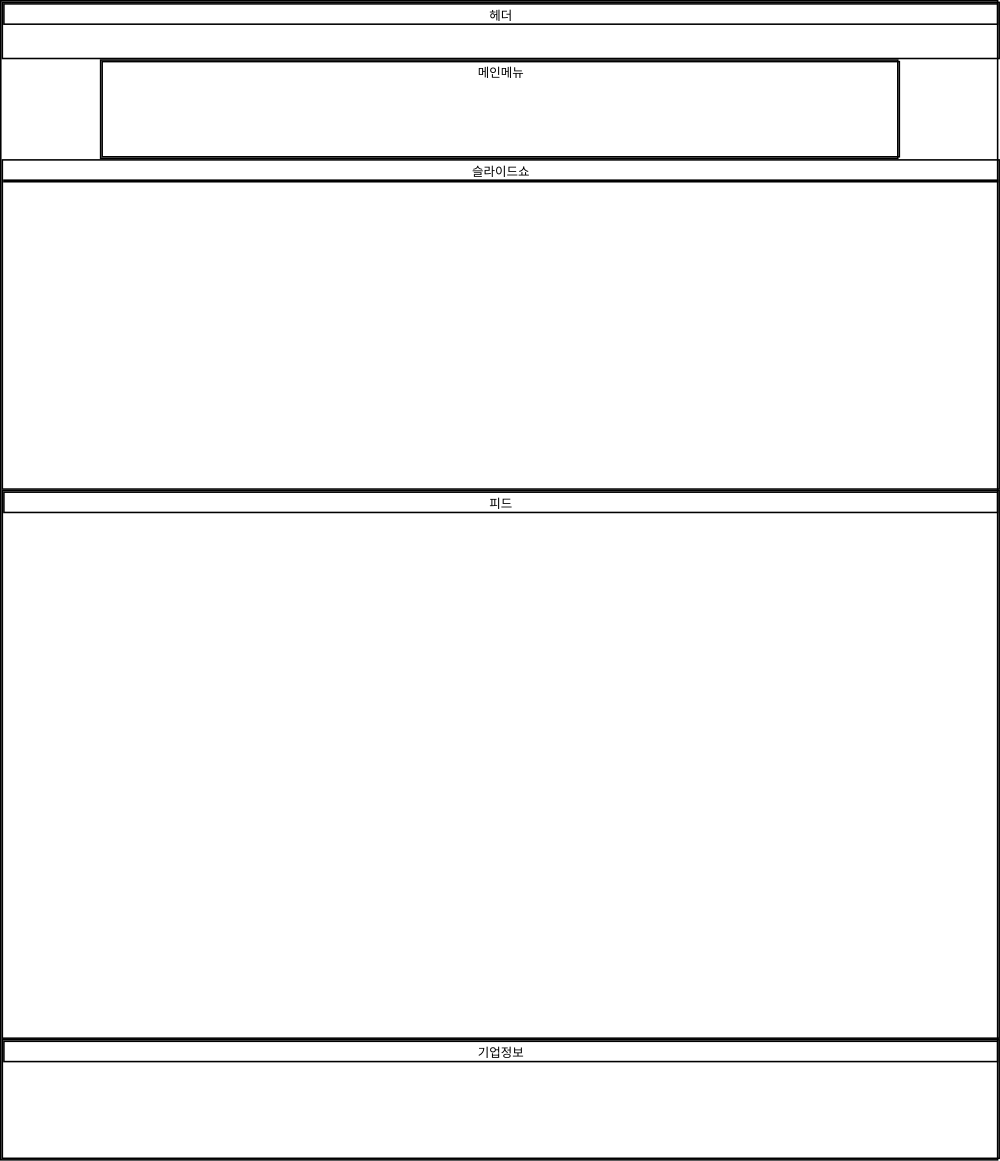
Repository: JHooniie/mini-Project
Page: http://localhost/Project-UIUX/index.jsp
These files come from the project's save history. The page is drawn as it stood at one moment and after the next save; the edit follows.
The browser window is 1280 px wide. The page is 1282 px wide, so the pictures cover 1282 px, including what lies to the right of the window. The pictures show the whole page, at 78% of full size.
The page is served by Tomcat 9.

Above is the page before, as saved 2022-07-02 08:33:43.

### Project-UIUX/src/main/webapp/index.jsp
<%@ page language="java" contentType="text/html; charset=UTF-8"
    pageEncoding="UTF-8"%>
<% request.setCharacterEncoding("UTF-8");%>
<!DOCTYPE html>
<html>
	<head>
		<meta charset="UTF-8">
		<title>Insert title here</title>
		<link rel="stylesheet" type="text/css" href="css/common.css">
		<link rel="stylesheet" type="text/css" href="css/menu.css">
		<link rel="stylesheet" type="text/css" href="css/index.css">
		<script src="js/jquery-3.6.0.min.js"></script>
		<script src="js/mainPage/subMenu.js"></script>
	</head>
	<body>
	<div id="wrap">
	<header>
		<div id="top-headBox">
			<div>
			헤더
			</div>
	 	</div>
	</header>
	 <nav>
		<div id="menuBox">
			<div id="mainMenuBox">
			메인메뉴
			</div>
			<div id="subMenuBox">
			서브메뉴
			</div>
	 	</div>
	 </nav>
	 <section>
	 	<article>
		<div id="slideBox">슬라이드쇼
			<div>

			</div>
	 	</div>
	 	</article>
	 	<article>
		<div id="feed">
			<div>
			피드
			</div>
	 	</div>
	 	</article>
	 </section>
	 <footer>
	 	<div id="ent-info">
			<div>
			기업정보
			</div>
	 	</div>
	 </footer>
	</div>
	</body>
</html>

### Project-UIUX/src/main/webapp/css/common.css
@charset "UTF-8";

*{
	margin:0;
	padding:0;
	text-align:center;
		}

wrap {
	position:relative;
	margin:0;
		}

### Project-UIUX/src/main/webapp/css/index.css
@charset "UTF-8";

div {
	border:solid black 2px;
}

ul {
	type:none;
}
/*******************탑 박스***********************/
#top-headBox{
	width:100%;
	height:70px;
	margin:0;
}
/********************메뉴박스***********************/
#menuBox{
	position:relative;
	width:80%;
	margin:0 auto;
}

#mainMenuBox{
	position:relative;
	width:100%;
	height:120px;
	margin:0;
}

#subMenuBox{
	position:absolute;
	width:100%;
	height:220px;
	z-index:10;
	margin:0;
	visibility:hidden;

}

/*******************섹션*************************/
#slideBox{
	position:relative;
	width:100%;
	height:420px;
	margin:0;
}

#feed{
	position:relative;
	width:100%;
	height:700px;
	margin:0;
}

/*****************footer************************/

#ent-info{
	position:relative;
	width:100%;
	height:150px;
	margin:0;
}

### Project-UIUX/src/main/webapp/js/mainPage/subMenu.js
/**
 *
 */
 $(document).ready(function() {
  $('#mainMenuBox').hover(function(){
						$('#subMenuBox').css('visibility', 'visible');
						},
						function(){
						$('#subMenuBox').css('visibility', 'hidden');
						});
});

Loaded but not shown: Project-UIUX/src/main/webapp/css/menu.css (common file); Project-UIUX/src/main/webapp/js/jquery-3.6.0.min.js (library)

After the next save:
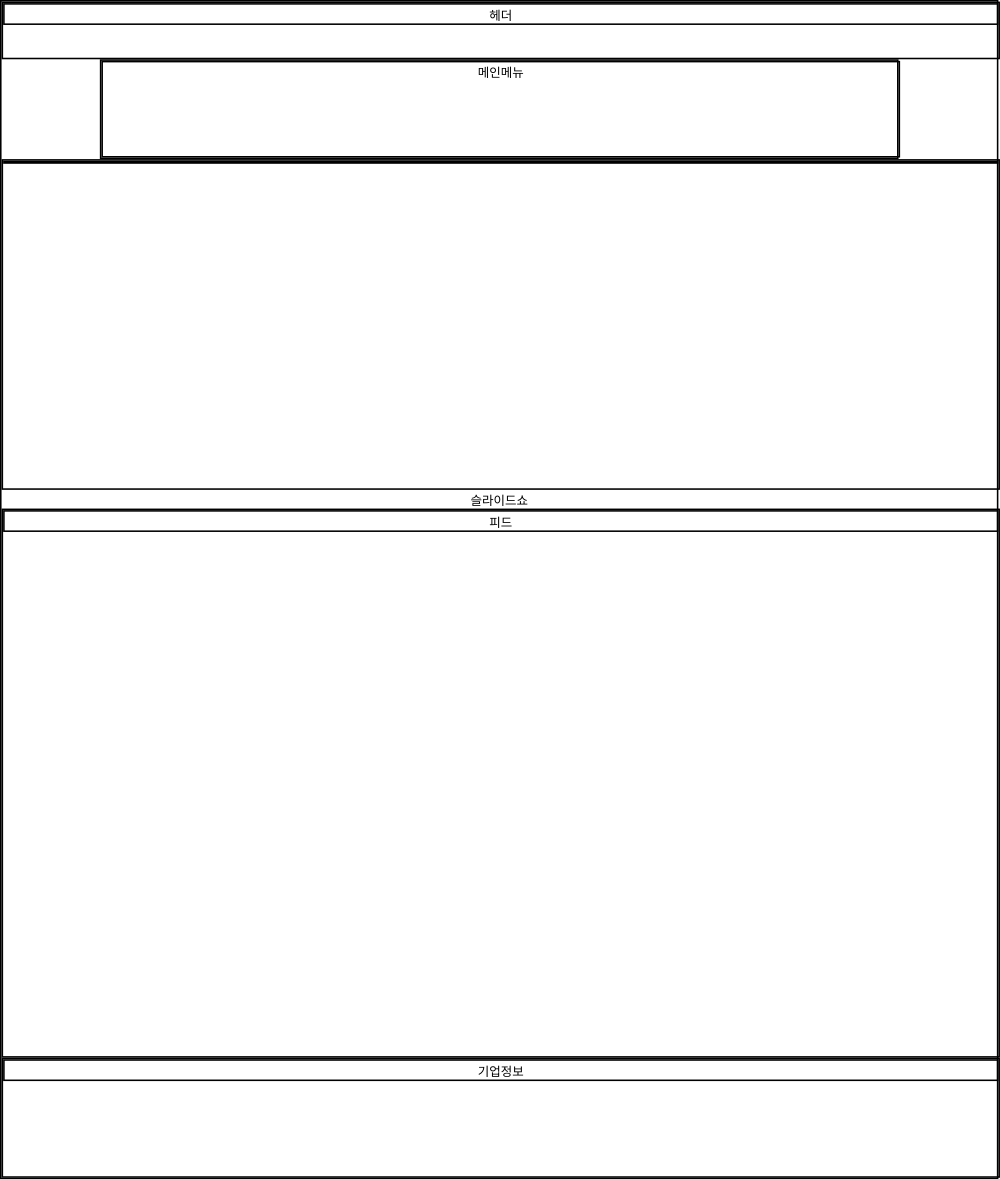
Saved 2 min 53 s later.
--- a/Project-UIUX/src/main/webapp/index.jsp
+++ b/Project-UIUX/src/main/webapp/index.jsp
@@ -33,11 +33,11 @@
 	 </nav>
 	 <section>
 	 	<article>
-		<div id="slideBox">슬라이드쇼
+		<div id="slideBox">
 			<div>
 
 			</div>
-	 	</div>
+	 	</div>슬라이드쇼
 	 	</article>
 	 	<article>
 		<div id="feed">
